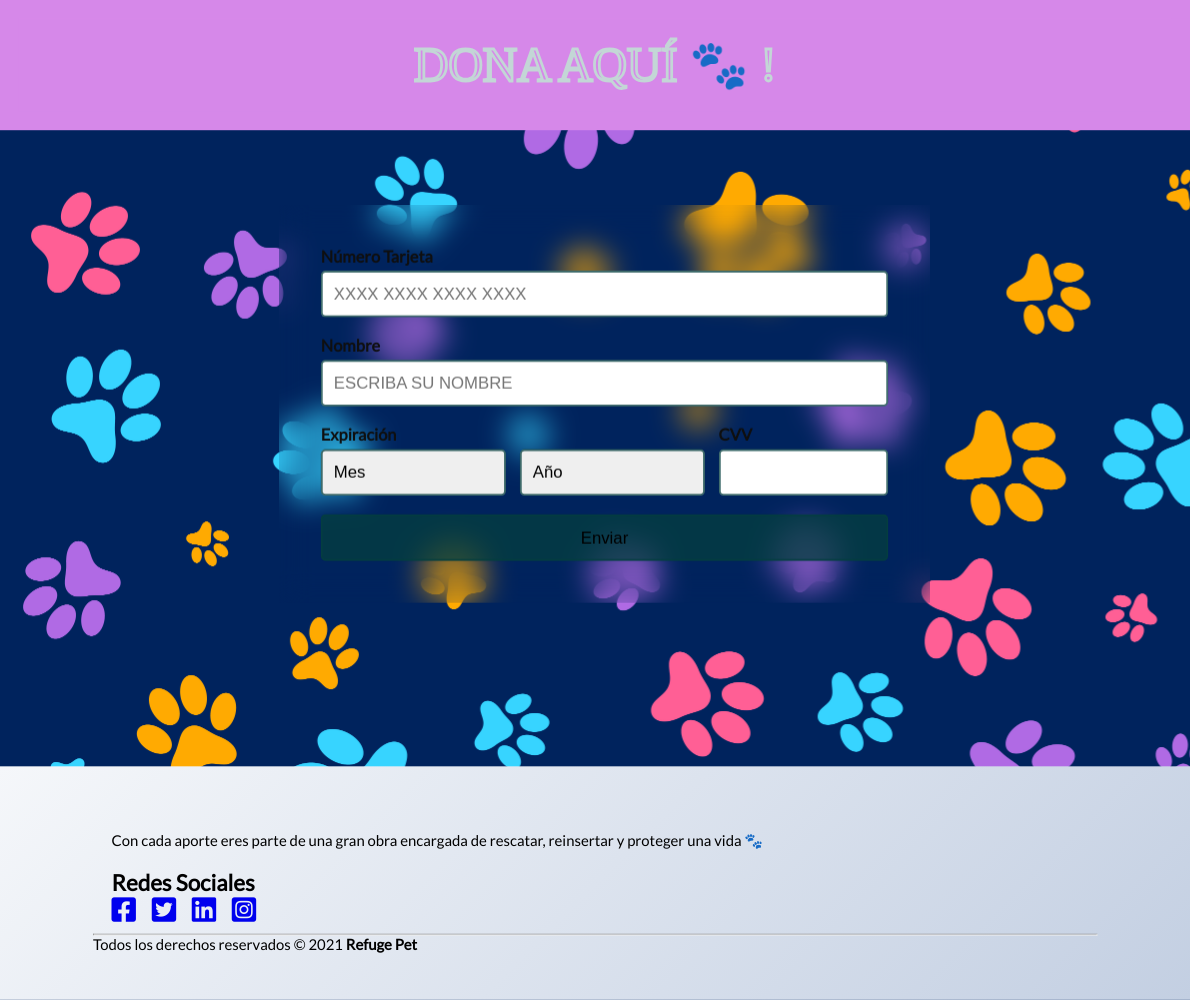
Repository: andreasvidal/SCL019-card-validation
Page: src/views/cardvalidation.html
An editor plug-in stored every save of this project. The page is shown before and after the next save, followed by the edit.
The browser window is 1280 px wide. The pictures show the whole page, at 93% of full size.
Some web fonts or font styles are not loaded; a fallback is used. Some web libraries are served in a nearby version.

Above is the page before, as saved 2022-04-13 09:54:47.

After the next save:
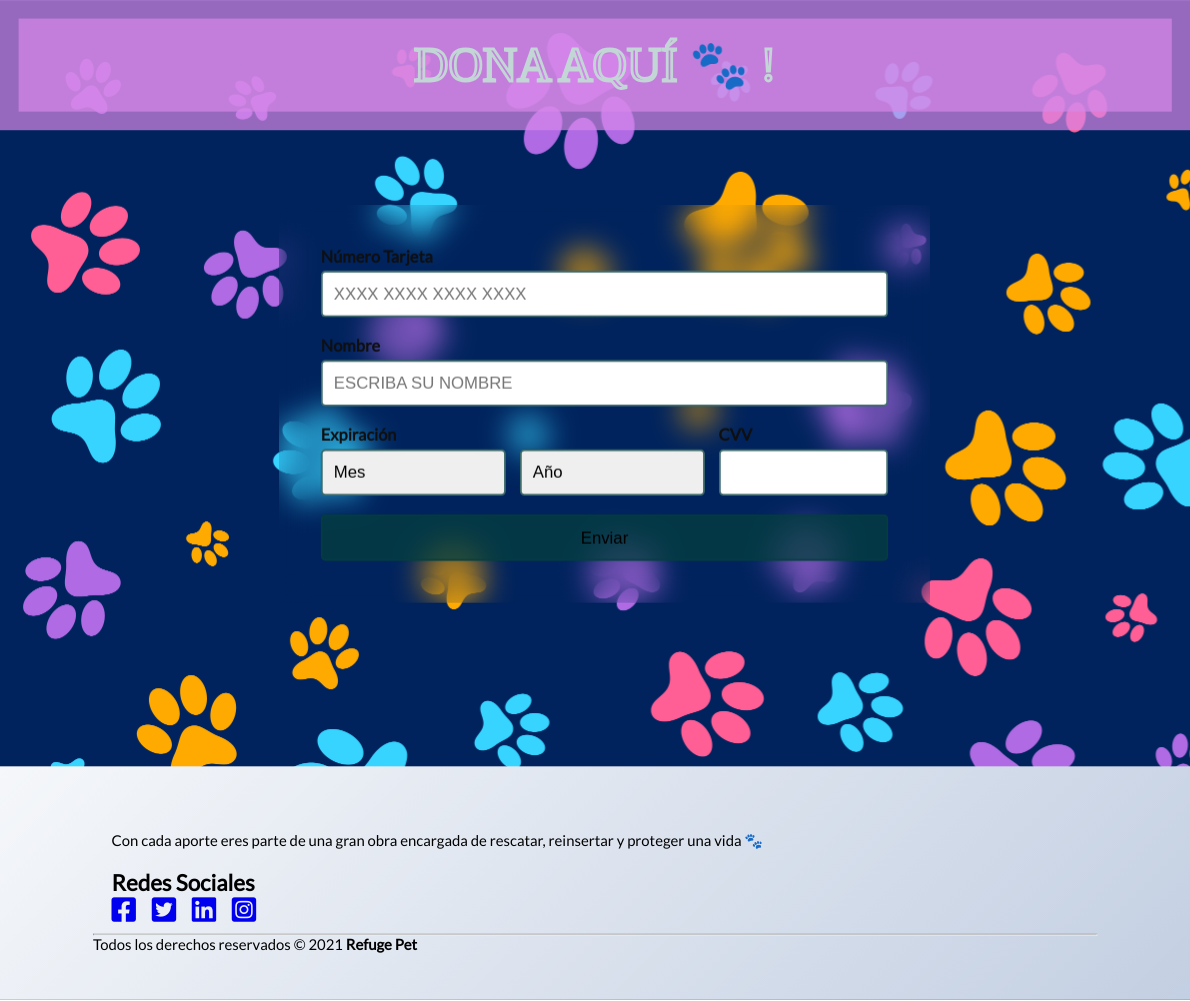
Saved 18 s later.
--- a/src/css/style.css
+++ b/src/css/style.css
@@ -31,7 +31,7 @@
      -webkit-text-fill-color: transparent;
      -webkit-text-stroke: 3px rgb(195, 214, 214);
      text-align: center;
-     background-color: rgb(214, 136, 233);
+     background-color: rgb(214, 136, 233, 0.7);
  }
 
  .img-banner {
